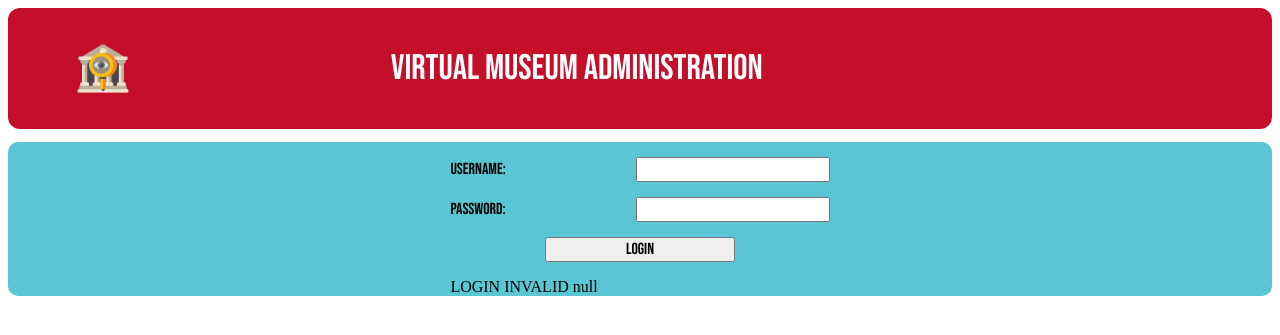
Repository: njegos-dukic/Virtual-Museum
Page: http://localhost/VirtualMuseumAdmin/jsp/Login.jsp
An editor plug-in stored every save of this project. The page is shown before and after the next save, followed by the edit.
The browser window is 1280 px wide. The pictures show the whole page.
The page is served by Tomcat 9.

Above is the page before, as saved 2022-01-06 15:25:03.

After the next save:
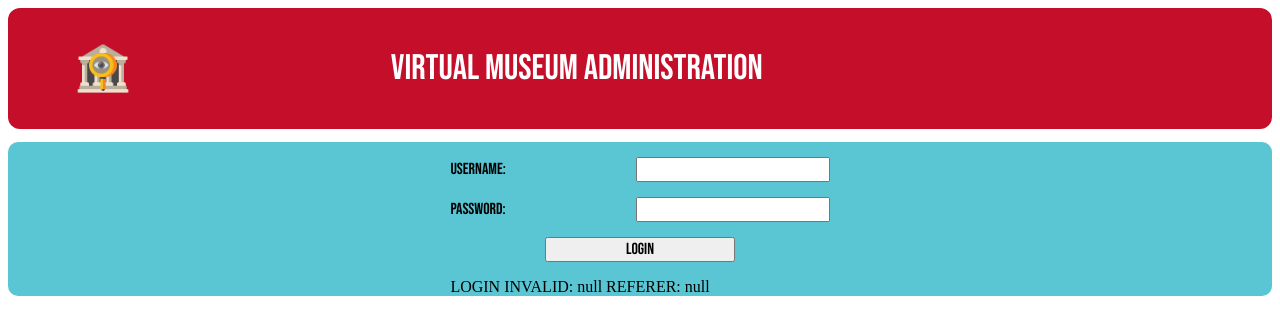
Saved 3 min 10 s later.
--- a/VirtualMuseumAdmin/WebContent/jsp/Login.jsp
+++ b/VirtualMuseumAdmin/WebContent/jsp/Login.jsp
@@ -48,8 +48,9 @@
 	            <div class="museum-edit-single-input margin-botton-4perc">
 	                <input class="museum-edit-input-field" type="submit" value="Login">
 	            </div>
-	            <%= "LOGIN INVALID " + request.getHeader("login-invalid") %>
-	            <% if ("1".equals(request.getHeader("login-invalid"))) { %>
+	            <%= "LOGIN INVALID: " + request.getHeader("login-invalid") %>
+	            <%= "REFERER: " + request.getHeader("login-invalid") %>
+	            <% if ("1".equals(request.getHeader("Referer"))) { %>
 	            	<div class="museum-edit-single-input margin-botton-4perc">Username or password invalid!</div>
 	            <% } %>
 	        </form>
